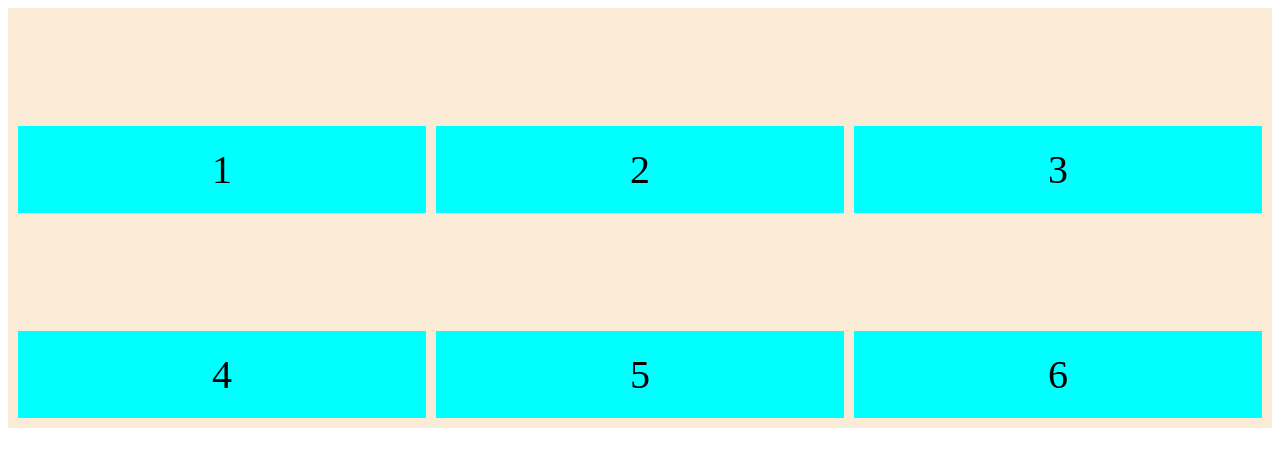
Repository: Thonghehe/Lab1_WEB106
Page: index11.html
The author's editor kept a copy of each file at every save. The page is drawn from the files as they stood at one save, then again after a run of saves.
The browser window is 1280 px wide. The pictures show the whole page.

Above is the page before, as saved 2024-03-05 17:50:50.

After the next 3 saves:
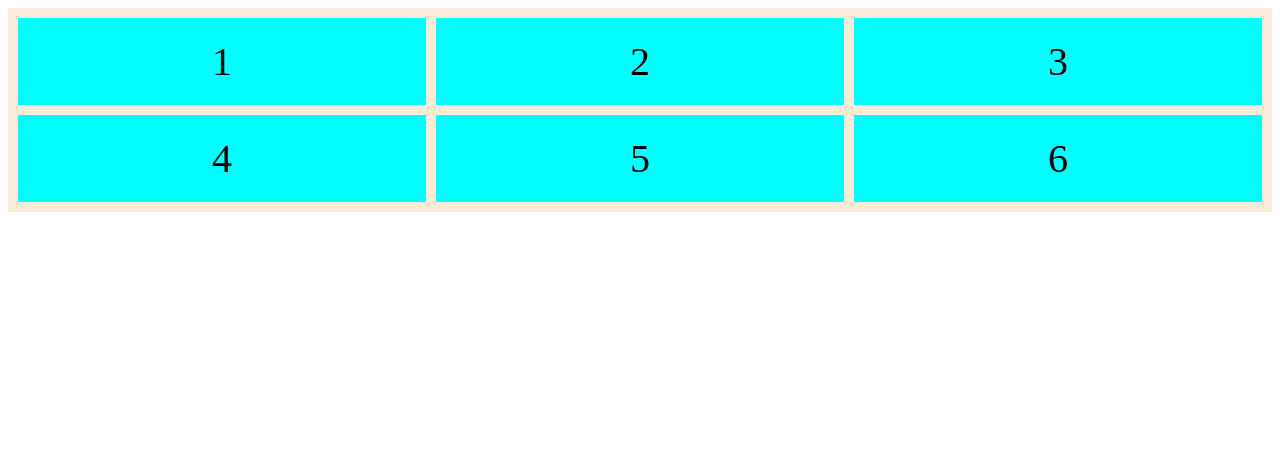
The 3 saves are shown as one change because they came seconds apart.
The last was saved 32 s later.
--- a/style.css
+++ b/style.css
@@ -1,6 +1,6 @@
 .grid-container {
     display: grid;
-    height: 400px;
+    /* height: 400px; */
     align-items: end;
     grid-template-columns: auto auto auto;
     gap: 10px;

After the save that followed:
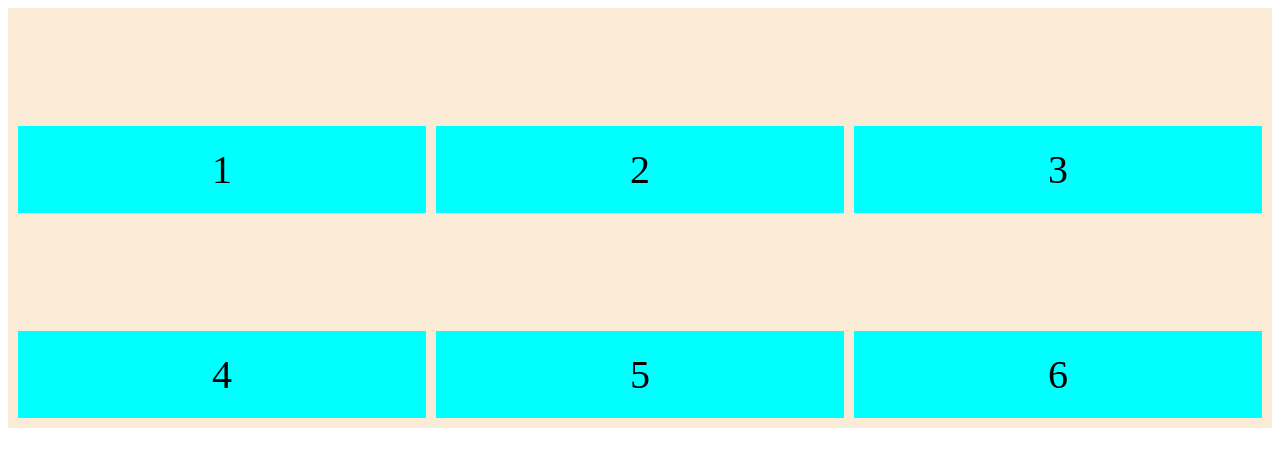
Saved 5 s later.
--- a/style.css
+++ b/style.css
@@ -1,6 +1,6 @@
 .grid-container {
     display: grid;
-    /* height: 400px; */
+    height: 400px;
     align-items: end;
     grid-template-columns: auto auto auto;
     gap: 10px;
